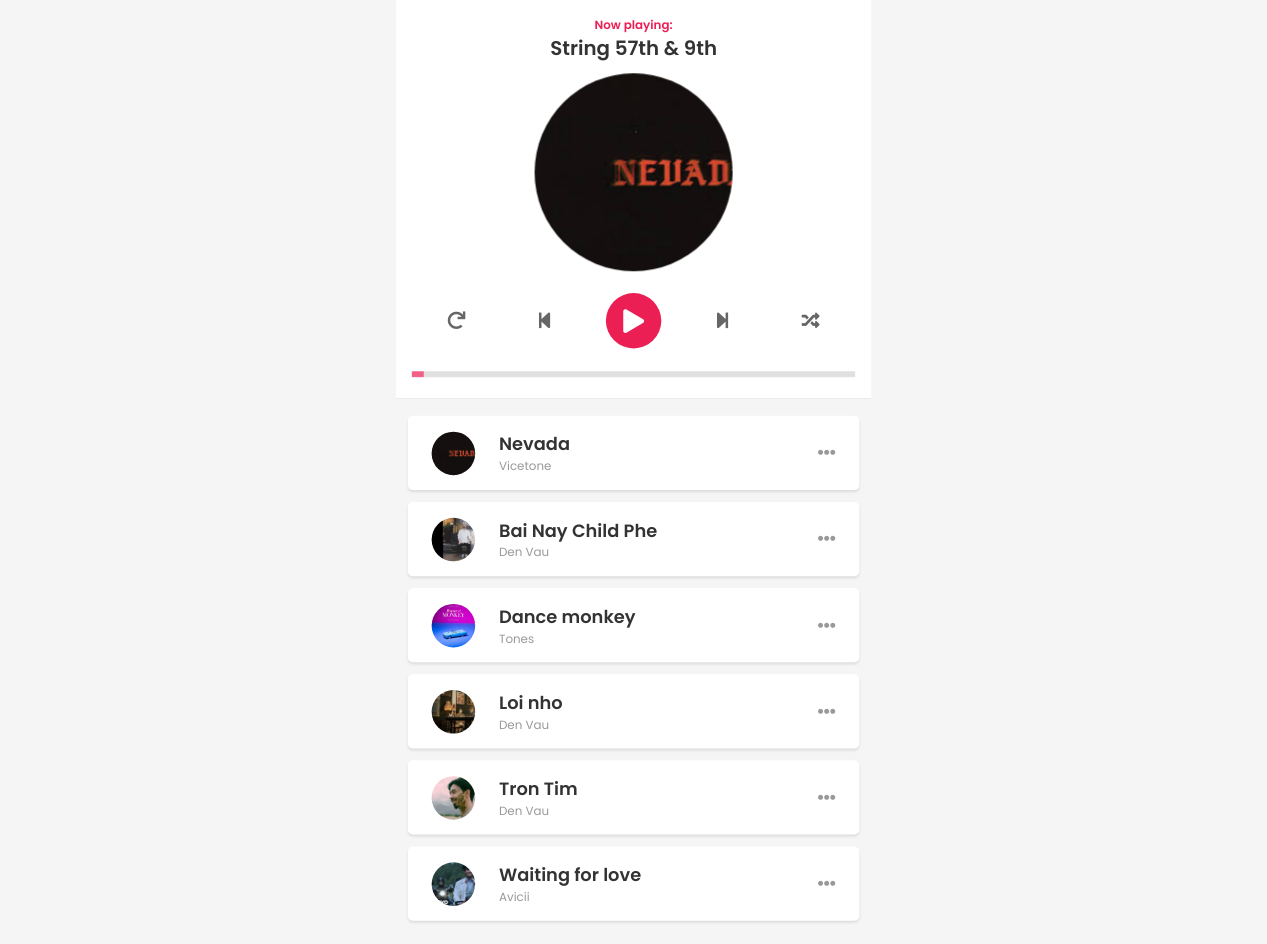
Repository: dovanthao2404/AppMusicPlayer
Page: index.html
An editor plug-in stored every save of this project. The page is shown before and after the next save, followed by the edit.
The browser window is 1280 px wide. The pictures show the whole page, at 99% of full size.

Above is the page before, as saved 2021-06-28 15:35:03.

### index.html
<!DOCTYPE html>
<html lang="en">

<head>
  <meta charset="UTF-8">
  <meta http-equiv="X-UA-Compatible" content="IE=edge">
  <meta name="viewport" content="width=device-width, initial-scale=1.0">
  <title>Music player</title>
  <link rel="stylesheet" href="https://cdnjs.cloudflare.com/ajax/libs/font-awesome/5.15.2/css/all.min.css"
    integrity="sha512-HK5fgLBL+xu6dm/Ii3z4xhlSUyZgTT9tuc/hSrtw6uzJOvgRr2a9jyxxT1ely+B+xFAmJKVSTbpM/CuL7qxO8w=="
    crossorigin="anonymous" />
  <link rel="preconnect" href="https://fonts.gstatic.com">
  <link href="https://fonts.googleapis.com/css2?family=Poppins:wght@300;400;600&display=swap" rel="stylesheet">
  <link rel="stylesheet" href="./css/app.css">
</head>

<body>
  <div class="player">
    <!-- Dashboard -->
    <div class="dashboard">
      <!-- Header -->
      <header>
        <h4>Now playing:</h4>
        <h2>String 57th & 9th</h2>
      </header>

      <!-- CD -->
      <div class="cd">
        <div class="cd-thumb" style="background-image: url('https://i.ytimg.com/vi/jTLhQf5KJSc/maxresdefault.jpg')">
        </div>
      </div>

      <!-- Control -->
      <div class="control">
        <div class="btn btn-repeat">
          <i class="fas fa-redo"></i>
        </div>
        <div class="btn btn-prev">
          <i class="fas fa-step-backward"></i>
        </div>
        <div class="btn btn-toggle-play">
          <i class="fas fa-pause icon-pause"></i>
          <i class="fas fa-play icon-play"></i>
        </div>
        <div class="btn btn-next">
          <i class="fas fa-step-forward"></i>
        </div>
        <div class="btn btn-random">
          <i class="fas fa-random"></i>
        </div>
      </div>

      <input id="progress" class="progress" type="range" value="0" step="1" min="0" max="100">

      <audio id="audio" src=""></audio>
    </div>

    <!-- Playlist -->
    <div class="playlist">

    </div>
  </div>
  <script src="./js/app.js"></script>
</body>

</html>

### css/app.css
:root {
  --primary-color: #ec1f55;
  --text-color: #333;
}

* {
  padding: 0;
  margin: 0;
  box-sizing: inherit;
}

body {
  background-color: #f5f5f5;
}

html {
  box-sizing: border-box;
  font-family: "Poppins", sans-serif;
}

.player {
  position: relative;
  max-width: 480px;
  margin: 0 auto;
}

.player .icon-pause {
  display: none;
}

.player.playing .icon-pause {
  display: inline-block;
}

.player.playing .icon-play {
  display: none;
}

.dashboard {
  padding: 16px 16px 14px;
  background-color: #fff;
  position: fixed;
  top: 0;
  width: 100%;
  max-width: 480px;
  border-bottom: 1px solid #ebebeb;
}

/* HEADER */
header {
  text-align: center;
  margin-bottom: 10px;
}

header h4 {
  color: var(--primary-color);
  font-size: 12px;
}

header h2 {
  color: var(--text-color);
  font-size: 20px;
}

/* CD */
.cd {
  display: flex;
  margin: auto;
  width: 200px;
}

.cd-thumb {
  width: 100%;
  padding-top: 100%;
  border-radius: 50%;
  background-color: #333;
  background-size: cover;
  margin: auto;
}

/* CONTROL */
.control {
  display: flex;
  align-items: center;
  justify-content: space-around;
  padding: 18px 0 8px 0;
}

.control .btn {
  color: #666;
  padding: 18px;
  font-size: 18px;
}

.control .btn.active {
  color: var(--primary-color);
}

.control .btn-toggle-play {
  width: 56px;
  height: 56px;
  border-radius: 50%;
  font-size: 24px;
  color: #fff;
  display: flex;
  align-items: center;
  justify-content: center;
  background-color: var(--primary-color);
}

.progress {
  width: 100%;
  -webkit-appearance: none;
  height: 6px;
  background: #d3d3d3;
  outline: none;
  opacity: 0.7;
  -webkit-transition: 0.2s;
  transition: opacity 0.2s;
}

.progress::-webkit-slider-thumb {
  -webkit-appearance: none;
  appearance: none;
  width: 12px;
  height: 6px;
  background-color: var(--primary-color);
  cursor: pointer;
}

/* PLAYLIST */
.playlist {
  margin-top: 408px;
  padding: 12px;
}

.song {
  display: flex;
  align-items: center;
  margin-bottom: 12px;
  background-color: #fff;
  padding: 8px 16px;
  border-radius: 5px;
  box-shadow: 0 2px 3px rgba(0, 0, 0, 0.1);
}

.song.active {
  background-color: var(--primary-color);
}

.song:active {
  opacity: 0.8;
}

.song.active .option,
.song.active .author,
.song.active .title {
  color: #fff;
}

.song .thumb {
  width: 44px;
  height: 44px;
  border-radius: 50%;
  background-size: cover;
  margin: 0 8px;
}

.song .body {
  flex: 1;
  padding: 0 16px;
}

.song .title {
  font-size: 18px;
  color: var(--text-color);
}

.song .author {
  font-size: 12px;
  color: #999;
}

.song .option {
  padding: 16px 8px;
  color: #999;
  font-size: 18px;
}

### js/app.js
const $ = document.querySelector.bind(document);
const $$ = document.querySelectorAll.bind(document);

const player = $('.player');

const playList = $(".playlist");
const heading = $('header h2');
const cdThumb = $(".cd-thumb");
const audio = $("#audio")
const cd = $('.cd');
const playBtn = $('.btn-toggle-play');
const progress = $('.progress');

const nextBtn = $('.btn-next');
const prevBtn = $('.btn-prev');
const randomBtn = $('.btn-random');
const repeatBtn = $('.btn-repeat');

const app = {
  currentIndex: 0,
  isPlaying: false,
  isRandom: false,
  isRepeat: false,
  songs: [
    {
      name: 'Nevada',
      singer: 'Vicetone',
      path: '../music/nevada.mp3',
      image: '../img/nevada.jpeg'
    }, {
      name: 'Bai Nay Child Phe',
      singer: 'Den Vau',
      path: '../music/child.mp3',
      image: '../img/bainaychildphet.jpg'
    }, {
      name: 'Dance monkey',
      singer: 'Tones',
      path: '../music/dancemokey.mp3',
      image: '../img/dancemonkey.jpg'
    }, {
      name: 'Loi nho',
      singer: 'Den Vau',
      path: '../music/loinho.mp3',
      image: '../img/loinho.jpg'
    }, {
      name: 'Tron Tim',
      singer: 'Den Vau',
      path: '../music/trontim.mp3',
      image: '../img/trontim.jpg'
    }, {
      name: 'Waiting for love',
      singer: 'Avicii',
      path: '../music/waitingforlove.mp3',
      image: '../img/waitingforlove.jpg'
    },

  ],
  render: function () {
    const htmls = this.songs.map((song, index) => {
      return `<div class="song ${index === this.currentIndex}">
      <div class="thumb" style="background-image: url('${song.image}')">
      </div>
      <div class="body">
        <h3 class="title">${song.name}</h3>
        <p class="author">${song.singer}</p>
      </div>
      <div class="option">
        <i class="fas fa-ellipsis-h"></i>
      </div>
    </div>`
    })
    playList.innerHTML = htmls.join('');
  },
  defineProperties: function () {
    Object.defineProperty(this, 'currentSong', {
      get: function () {
        return this.songs[this.currentIndex];
      }
    })
  },
  handlEvents: function () {
    // Xu ly CD quay / dung
    const cdThumbAnimate = cdThumb.animate([
      { transform: 'rotate(360deg)' }
    ], {
      duration: 10000,
      iterations: Infinity,
    })
    cdThumbAnimate.pause();


    const _this = this;
    // xu ly phong to thu nho cd
    const cdWidth = cd.offsetWidth;
    document.onscroll = function () {
      const scrollTop = window.scrollY || document.documentElement.scrollTop;

      const newCdWidth = cdWidth - scrollTop;

      cd.style.width = newCdWidth > 0 ? newCdWidth + 'px' : 0 + 'px';

      cd.style.opacity = newCdWidth / cdWidth;
    }

    // xu ly click play
    playBtn.onclick = function () {
      if (_this.isPlaying == true) {
        audio.pause();
      } else {
        audio.play();
      }
    }

    // khi song duoc play
    audio.onplay = function () {
      _this.isPlaying = true;
      player.classList.add("playing");
      cdThumbAnimate.play()
    }
    // khi song bi pause
    audio.onpause = function () {
      _this.isPlaying = false;
      player.classList.remove("playing");
      cdThumbAnimate.pause();
    }
    // Khi tien do bai hat thay doi
    audio.ontimeupdate = function () {
      if (audio.duration) {
        const progressPercent = Math.floor(audio.currentTime / audio.duration * 100);
        progress.value = progressPercent;
      }
    }

    // xu ly khi tua song
    progress.onchange = function (e) {
      const seekTime = audio.duration * e.target.value / 100;
      audio.currentTime = seekTime;
    }

    // Khi next bai hat
    nextBtn.onclick = function () {
      if (_this.isRandom) {
        _this.playRandomSong();
        audio.play();
      } else {
        _this.nextSong();
      }
      audio.play();
    }

    // khi prev bai hat
    prevBtn.onclick = function () {
      if (_this.isRandom) {
        _this.playRandomSong();
        audio.play();
      } else {
        _this.prevSong();
      }
      audio.play();
    }
    // bat tat random
    randomBtn.onclick = function () {
      _this.isRandom = !_this.isRandom;
      randomBtn.classList.toggle("active");
    }

    // xy ly lap lai 1 song
    repeatBtn.onclick = function () {
      _this.isRepeat = !_this.isRepeat;
      repeatBtn.classList.toggle("active");

    }

    // xu ly next song khi ended
    audio.onended = function () {
      if (_this.isRepeat) {
        audio.play();
      } else {
        nextBtn.onclick();
      }
    }
  },
  loadCurrentSong: function () {
    heading.texContent = this.currentSong.name;
    cdThumb.style.backgroundImage = `url('${this.currentSong.image}')`
    audio.src = this.currentSong.path;
  },
  nextSong: function () {
    this.currentIndex++;
    if (this.currentIndex >= this.songs.length) {
      this.currentIndex = 0;
    }
    this.loadCurrentSong();
  },
  prevSong: function () {
    this.currentIndex--;
    if (this.currentIndex < 0) {
      this.currentIndex = this.songs.length - 1;
    }
    this.loadCurrentSong();
  },
  playRandomSong: function () {
    var randonIndex;
    do {
      randonIndex = Math.floor(Math.random() * this.songs.length);
    } while (randonIndex === this.currentIndex);

    this.currentIndex = randonIndex;
    this.loadCurrentSong();
  },
  start: function () {

    // Dinh nghia cac thuoc tinh cho object
    this.defineProperties()

    // Lang nghe xu ly su kien
    this.handlEvents()
    // Tai bai dau tien vao UI khi chay
    this.loadCurrentSong();
    // render playlist
    this.render()

  },
}
app.start();

After the next save:
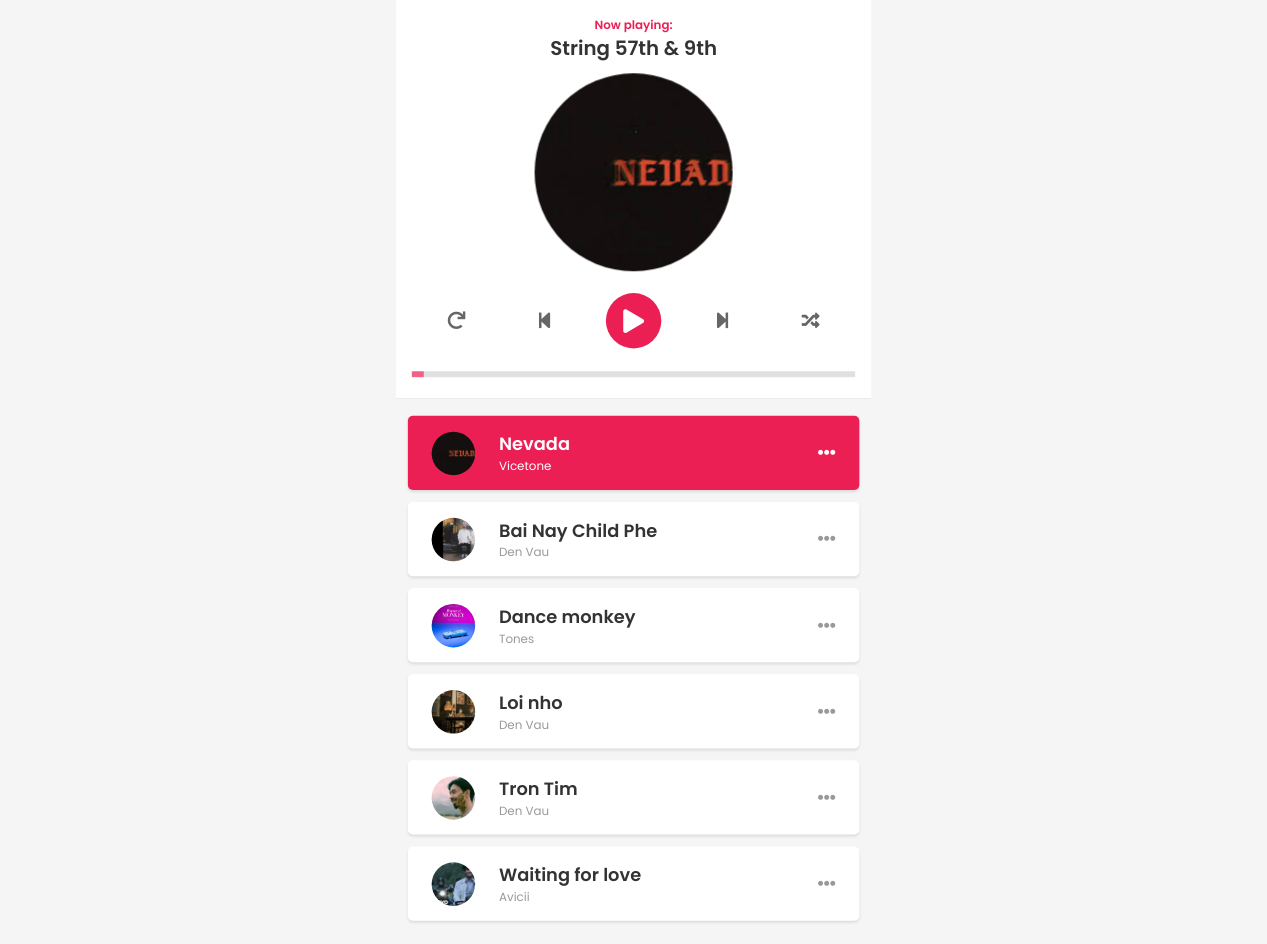
Saved 68 s later.
--- a/js/app.js
+++ b/js/app.js
@@ -57,7 +57,7 @@ const app = {
   ],
   render: function () {
     const htmls = this.songs.map((song, index) => {
-      return `<div class="song ${index === this.currentIndex}">
+      return `<div class="song ${index === this.currentIndex ? 'active' : ''}">
       <div class="thumb" style="background-image: url('${song.image}')">
       </div>
       <div class="body">
